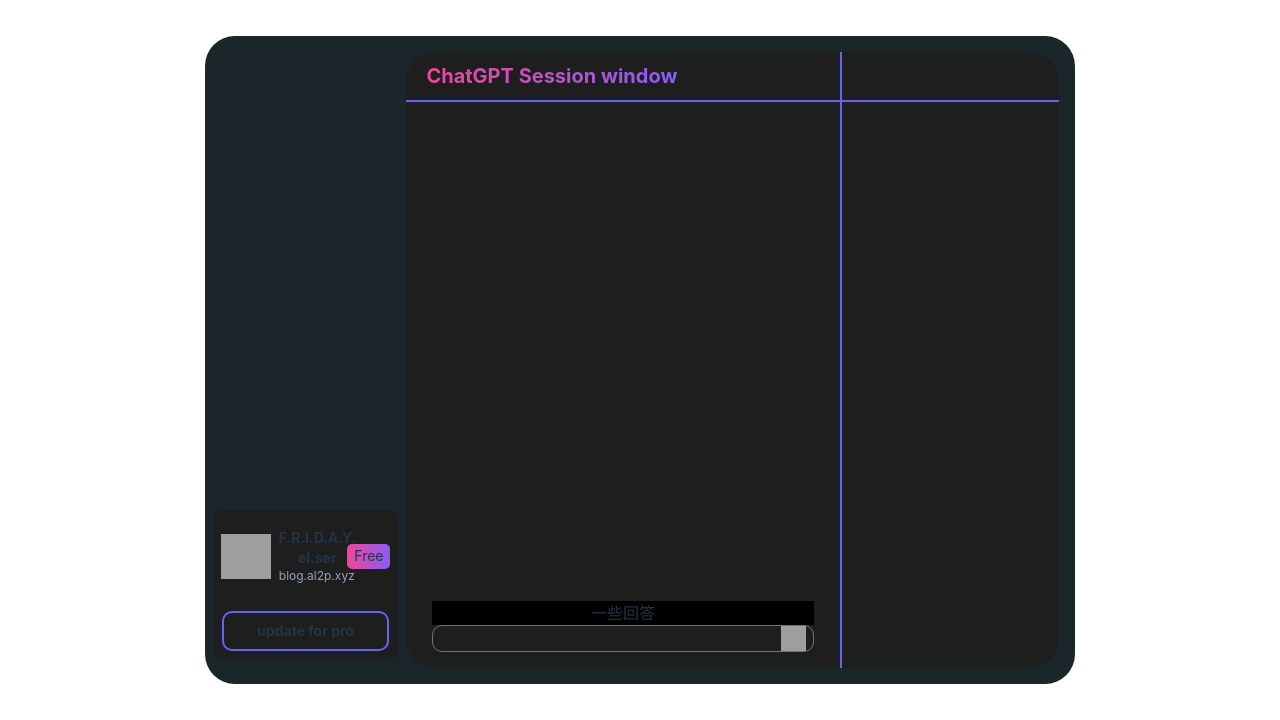
Repository: yezhonghu0503/chatgpt-vue-lac
Page: /
An editor plug-in stored every save of this project. The page is shown before and after the next save, followed by the edit.
The browser window is 1280 px wide. The pictures show the whole page.
Pictures or frames that could not be fetched are drawn as grey boxes. The project was rebuilt for these pictures with package versions that can differ from the ones it lists, and the page was loaded fresh each time. Also part of the build but not shown: vite.config.ts.

Above is the page before, as saved 2023-05-18 19:01:59.

After the next save:
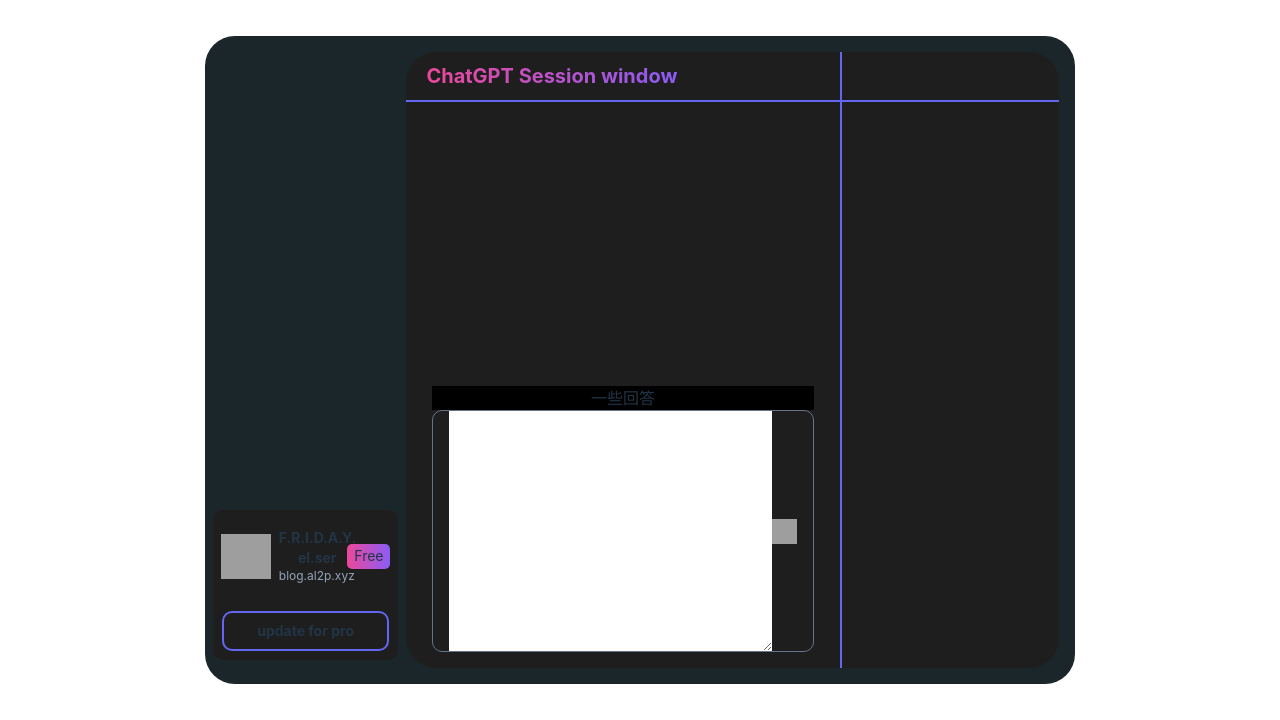
Saved 10 s later.
--- a/src/components/chat-main/chatMain.vue
+++ b/src/components/chat-main/chatMain.vue
@@ -17,7 +17,8 @@
         <div
           class="flex w-[95%] items-center justify-center rounded-[10px] h-auto border-[1px] border-slate-500"
         >
-          <input class="w-[90%]" type="text" />
+          <!-- <input class="w-[90%]" type="text" /> -->
+          <textarea name="" id="" cols="30" rows="10"></textarea>
           <img
             class="w-[25px] h-[25px]"
             src="https://blog.al2p.xyz/upload/send.png"
